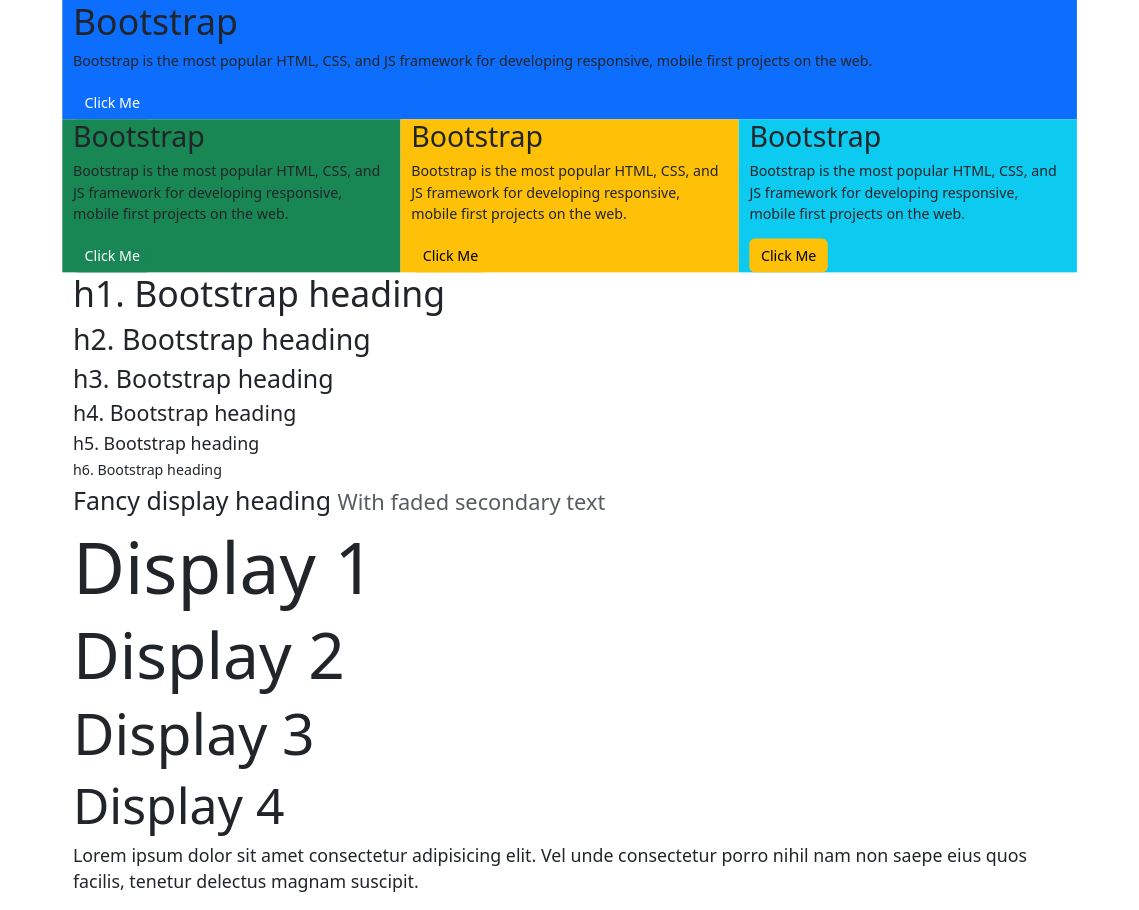
Repository: arunyerram/Web-TEChnologies
Page: b.html
These files come from the project's save history. The page is drawn as it stood at one moment and after the next save; the edit follows.
The browser window is 1280 px wide. The pictures show the whole page, at 89% of full size.

Above is the page before, as saved 2025-02-20 12:21:05.

### b.html
<!DOCTYPE html>
<html lang="en">
<head>
    <meta charset="UTF-8">
    <meta name="viewport" content="width=device-width, initial-scale=1.0">
    <title>Document</title>
    <script ></script>
    <link href="https://cdn.jsdelivr.net/npm/bootstrap@5.3.3/dist/css/bootstrap.min.css" rel="stylesheet" integrity="sha384-QWTKZyjpPEjISv5WaRU9OFeRpok6YctnYmDr5pNlyT2bRjXh0JMhjY6hW+ALEwIH" crossorigin="anonymous">
    <script src="https://cdn.jsdelivr.net/npm/bootstrap@5.3.3/dist/js/bootstrap.bundle.min.js" integrity="sha384-YvpcrYf0tY3lHB60NNkmXc5s9fDVZLESaAA55NDzOxhy9GkcIdslK1eN7N6jIeHz" crossorigin="anonymous"></script>
</head>
<body>
    <div class = "container ">
        <div class = "row mt-20">
            <div class = "col-sm-12 bg-primary">
                <h1>Bootstrap</h1>
                <p>Bootstrap is the most popular HTML, CSS, and JS framework for developing responsive, mobile first projects on the web.</p>
                <button class = "btn btn-primary">Click Me</button>
            </div>
        </div>

        <div class="row">
            <div class="col-sm-4 bg-success">
                <h2>Bootstrap</h2>
                <p>Bootstrap is the most popular HTML, CSS, and JS framework for developing responsive, mobile first projects on the web.</p>
                <button class="btn btn-success">Click Me</button>
            </div>
            <div class="col-sm-4 bg-warning">
                <h2>Bootstrap</h2>
                <p>Bootstrap is the most popular HTML, CSS, and JS framework for developing responsive, mobile first projects on the web.</p>
                <button class="btn btn-warning">Click Me</button>
            </div>
            <div class="col-sm-4 bg-info">
                <h2>Bootstrap</h2>
                <p>Bootstrap is the most popular HTML, CSS, and JS framework for developing responsive, mobile first projects on the web.</p>
                <button class="btn btn-warning">Click Me</button>
            </div>

        </div>

        <p class="h1">h1. Bootstrap heading</p>
        <p class="h2">h2. Bootstrap heading</p>
        <p class="h3">h3. Bootstrap heading</p>
        <p class="h4">h4. Bootstrap heading</p>
        <p class="h5">h5. Bootstrap heading</p>
        <p class="h6">h6. Bootstrap heading</p>

        <h3>
            Fancy display heading
            <small class="text-body-secondary">With faded secondary text</small>
        </h3>

        <h1 class="display-1">Display 1</h1>
        <h1 class="display-2">Display 2</h1>
        <h1 class="display-3">Display 3</h1>
        <h1 class="display-4">Display 4</h1>

        <p class="lead">Lorem ipsum dolor sit amet consectetur adipisicing elit. Vel unde consectetur porro nihil nam non saepe eius quos facilis, tenetur delectus magnam suscipit.</p>
</body>
</html>

After the next save:
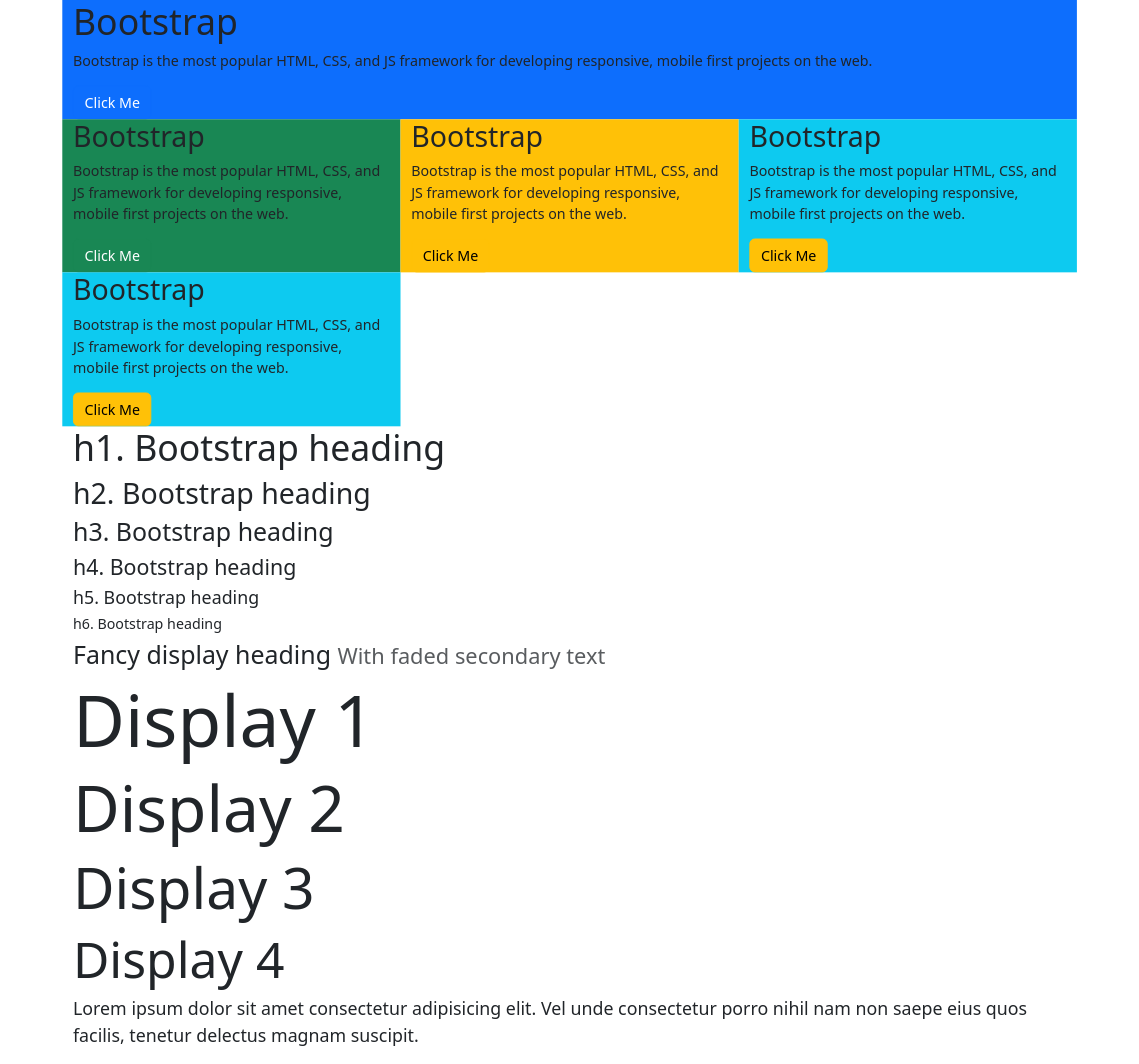
Saved 8 s later.
--- a/b.html
+++ b/b.html
@@ -34,6 +34,11 @@
                 <p>Bootstrap is the most popular HTML, CSS, and JS framework for developing responsive, mobile first projects on the web.</p>
                 <button class="btn btn-warning">Click Me</button>
             </div>
+            <div class="col-sm-4 bg-info">
+                <h2>Bootstrap</h2>
+                <p>Bootstrap is the most popular HTML, CSS, and JS framework for developing responsive, mobile first projects on the web.</p>
+                <button class="btn btn-warning">Click Me</button>
+            </div>
 
         </div>
 
